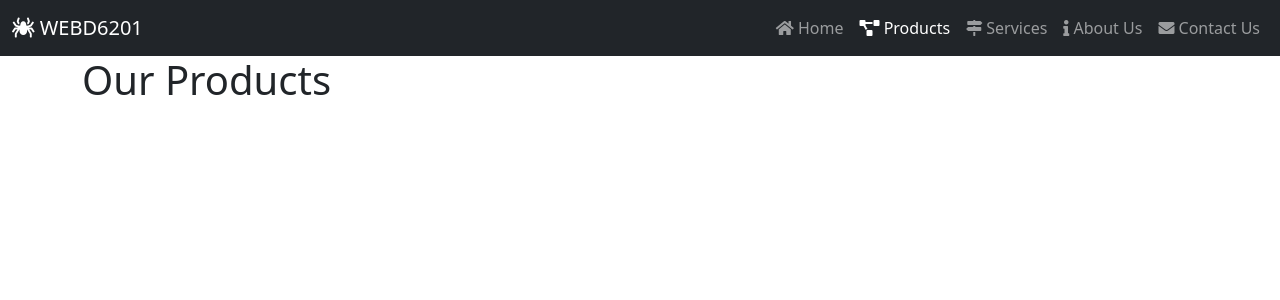
Repository: tbazouzi-durham/tbazouzi-durham.github.io
Page: products.html
The author's editor kept a copy of each file at every save. The page is drawn from the files as they stood at one save, then again after the next save.
The browser window is 1280 px wide. The pictures show the whole page.

Above is the page before, as saved 2022-02-19 19:32:54.

After the next save:
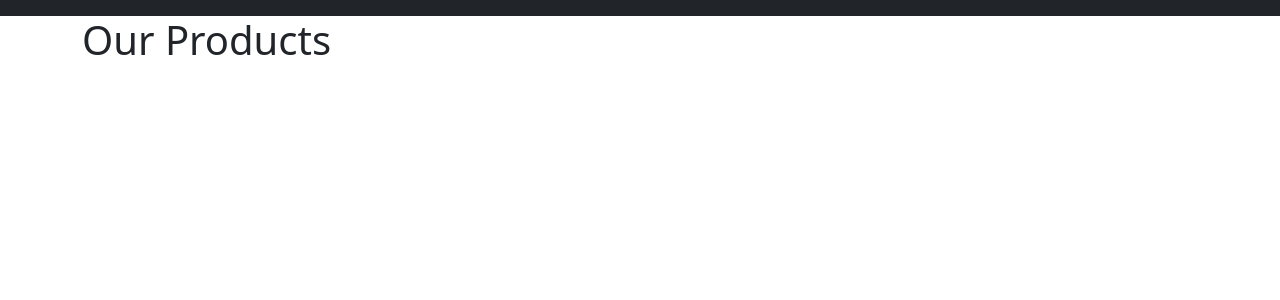
Saved 41 s later.
--- a/products.html
+++ b/products.html
@@ -13,31 +13,7 @@
 <body>
     <header>
         <nav class="navbar navbar-expand-lg navbar-dark bg-dark">
-            <div class="container-fluid">
-              <a class="navbar-brand" href="index.html"><i class="fas fa-spider"></i> WEBD6201</a>
-              <button class="navbar-toggler" type="button" data-bs-toggle="collapse" data-bs-target="#navbarSupportedContent" aria-controls="navbarSupportedContent" aria-expanded="false" aria-label="Toggle navigation">
-                <span class="navbar-toggler-icon"></span>
-              </button>
-              <div class="collapse navbar-collapse" id="navbarSupportedContent">
-                <ul class="navbar-nav ms-auto mb-2 mb-lg-0">
-                  <li class="nav-item">
-                    <a class="nav-link" href="index.html"><i class="fas fa-home"></i> Home</a>
-                  </li>
-                  <li class="nav-item">
-                    <a class="nav-link active" aria-current="page" href="products.html"><i class="fas fa-project-diagram"></i> Products</a>
-                  </li>
-                  <li class="nav-item">
-                    <a class="nav-link" href="services.html"><i class="fas fa-map-signs"></i> Services</a>
-                  </li>
-                  <li class="nav-item">
-                    <a class="nav-link" href="about.html"><i class="fas fa-info"></i> About Us</a>
-                  </li>
-                  <li class="nav-item">
-                    <a class="nav-link" href="contact.html"><i class="fas fa-envelope"></i> Contact Us</a>
-                  </li>
-                </ul>
-              </div>
-            </div>
+
           </nav>
     </header>
 
